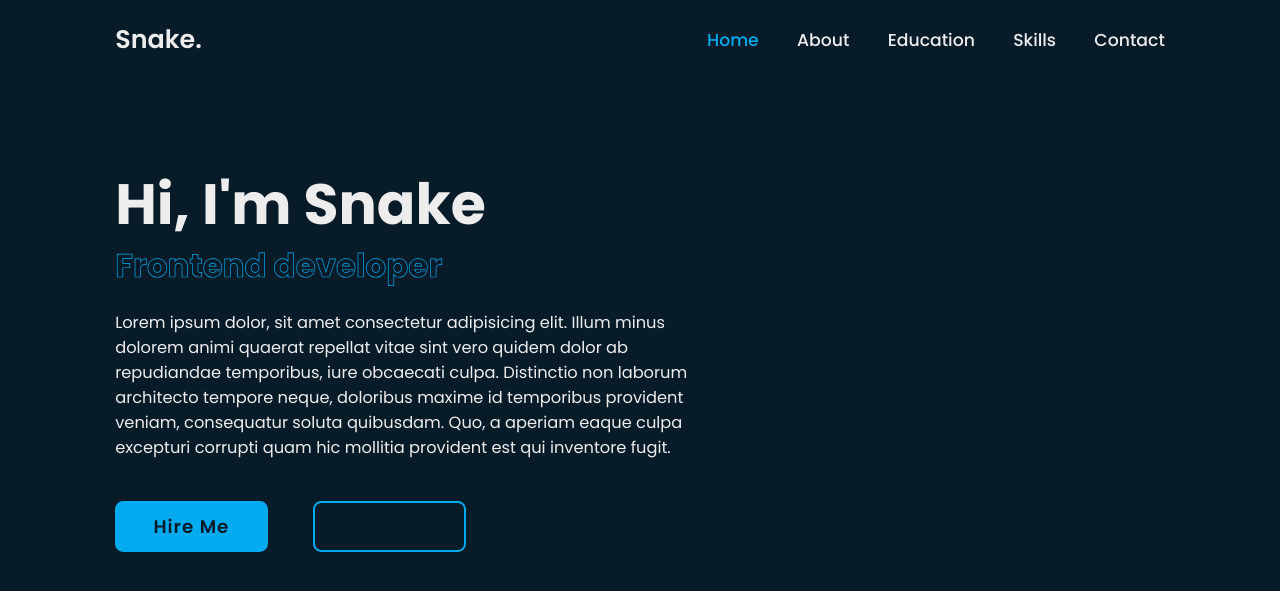
Repository: Tanty102/About_Me
Page: index.html
The author's editor kept a copy of each file at every save. The page is drawn from the files as they stood at one save, then again after the next save.
The browser window is 1280 px wide. The pictures show the whole page.

Above is the page before, as saved 2023-09-12 16:53:08.

After the next save:
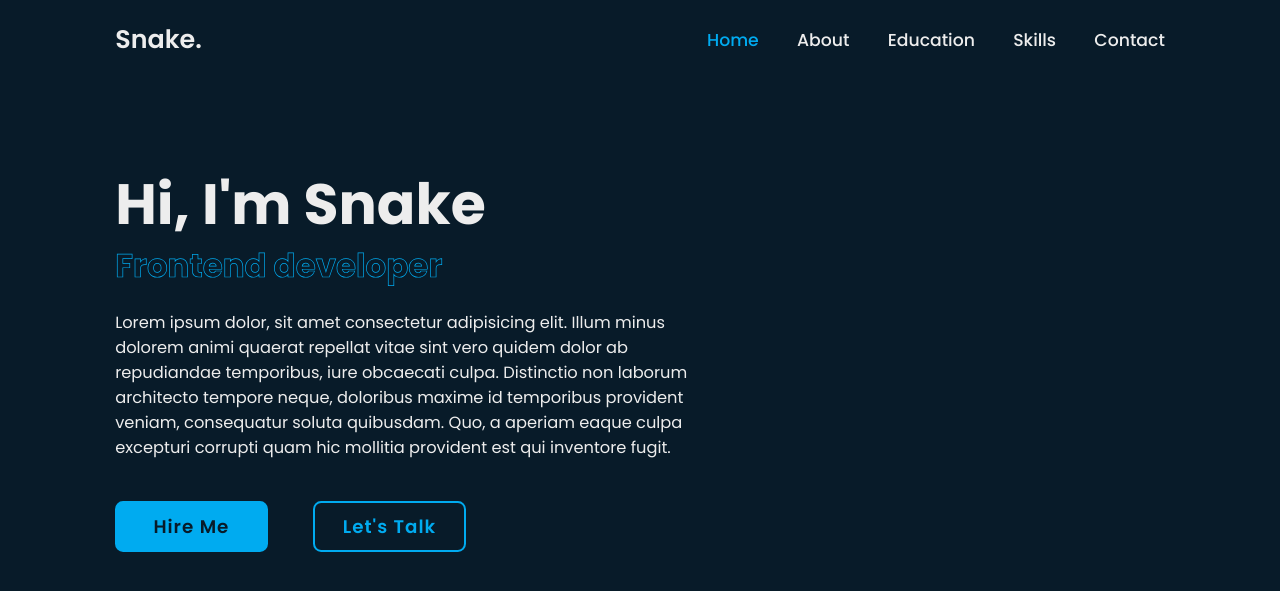
Saved 4 s later.
--- a/style.css
+++ b/style.css
@@ -132,7 +132,7 @@ section {
 
 .btn-box .btn:nth-child(2) {
   background: transparent;
-  co
+  color: var(--main-color);
 }
 
 .btn-box .btn::before {
